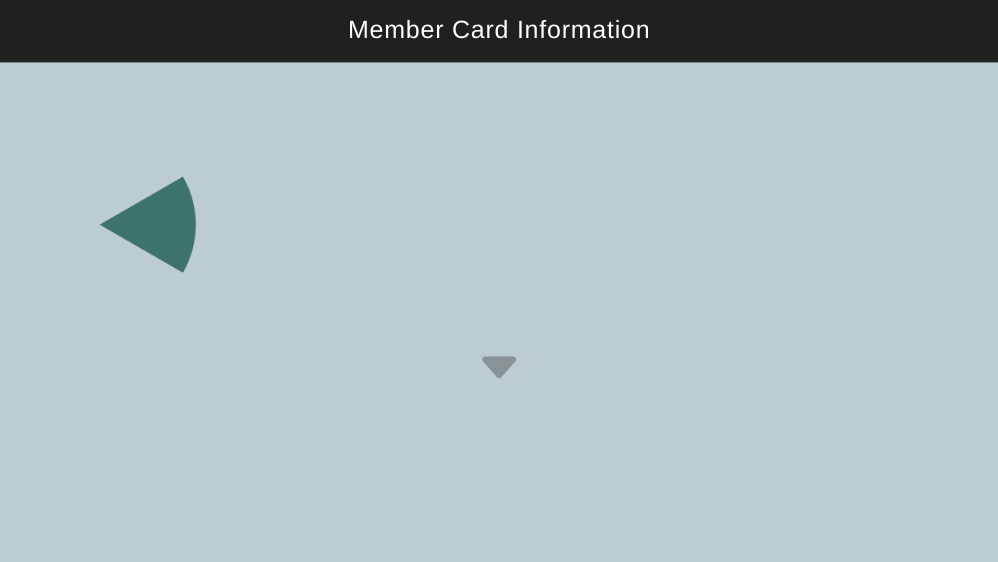
Repository: Leooook/lzhao-fed-test
Page: /
These files come from the project's save history. The page is drawn as it stood at one moment and after the next save; the edit follows.
The browser window is 1280 px wide. The pictures show the whole page, at 78% of full size.
The page's requests for data from a server got no answer. The project was rebuilt for these pictures with package versions that can differ from the ones it lists, and the page was loaded fresh each time. No one was signed in, and anything a server would have sent is missing. Also part of the build but not shown: src/components/detail.jsx.

Above is the page before, as saved 2021-03-15 21:51:36.

### src/index.html
<!DOCTYPE html>
<html lang="en">
	<head>
		<meta charset="utf-8" />
		<meta http-equiv="X-UA-Compatible" content="IE=edge,chrome=1" />
		<title>Member Card Info</title>
		<meta name="description" content="" />
		<meta name="viewport" content="width=device-width, initial-scale=1.0, maximum-scale=1.0, user-scalable=no" />
	</head>
	<body>
		<div id="root" class="react-root"></div>
	</body>
</html>

### src/App.js
import React, {useState} from 'react';
import {BsCaretDownFill} from 'react-icons/bs'

import './App.css'
import Header from './components/header.jsx'
import Feature from './components/feature.jsx'

export default function App() {
  const [featureAmount, setFeatureAmount] = useState([1])

  const setFeature = () => {
    setFeatureAmount(featureAmount => {return [...featureAmount, 1]})
  }

	return (
    <div className='app'>
      <Header />
      {
        featureAmount.map((key) => <Feature key = {key}/>)
      }
      <BsCaretDownFill className='add-feature' onClick={() => setFeature()}/>
    </div>
  )
}

### src/App.css
* {
	margin: 0;
	padding: 0;
	box-sizing: border-box;
}
:root {
	--nav-black: rgba(14, 14, 14, 0.897);
	--white: #ffffff;
	--light-blue: rgb(189, 204, 208);
	--grey: rgb(145, 145, 145);
	--light-grey: rgb(209, 209, 209);
}
/* app */
.app {
	max-width: 100vw;
	min-height: 100vh;
	background-color: var(--light-blue);
}
.add-feature {
	position: relative;
	color: rgba(65, 65, 65, 0.418);
	width: 60px;
	height: 60px;
	margin: 30px auto 0 auto;
	display: block;
	cursor: pointer;
	animation: upAndDown 3s ease-in-out infinite;
}
.add-feature:active {
	transform: scale(1.1);
	transition: all 1s ease;
}
@keyframes upAndDown {
	0% {
		bottom: 0;
	}
	50% {
		bottom: 10px;
	}
	100% {
		bottom: 0;
	}
}
/* end of app */
/* header */
.header {
	background-color: var(--nav-black);
	height: 80px;
	padding: 20px;
	margin-bottom: 80px;
	font-size: 2rem;
	font-family: 'Franklin Gothic Medium', 'Arial Narrow', Arial, sans-serif;
	text-align: center;
	color: var(--white);
	letter-spacing: 1px;
}
@media screen and (max-width: 500px) {
	.header {
		margin-bottom: 30px;
		padding: 30px;
		font-size: 1.4rem;
	}
}
/* end of header */
/* loader */
.load {
	width: 100%;
}
.loadPic {
	width: 20%;
	margin: 20 40%;
}
/* end of loader */
/* feature */
.feature {
	margin-top: -65px;
	padding: 60px 8%;
	display: grid;
	grid-template-columns: repeat(auto-fill, minmax(450px, 1fr));
	grid-row-gap: 50px;
	grid-column-gap: 80px;
}
@media screen and (max-width: 500px) {
	.feature {
		padding: 30px 20px;
		display: initial;
	}
}
/* end of feature */
/* detail */
.detail {
	margin: auto;
	padding: 10px 20px;
	width: 450px;
	height: 240px;
	background: hsla(0, 0%, 100%, .3);
	border-radius: 6px;
	box-shadow: 0 6px 20px 6px rgba(0, 0, 0, 0.207);
	display: flex;
	align-items: center;
	cursor: pointer;
	transition: all linear 0.2s;
}
.detail:hover {
	transform: scale(1.05);
	box-shadow: 0 10px 30px 10px rgba(0, 0, 0, 0.207);
}
.left-section {
	width: calc(40% - 20px);
	margin-right: 10%;
}
.right-section {
	width: clac(50% - 20px);
}
.detail-pic {
	margin: 0 auto;
	height: 140px;
	width: 140px;
	border-radius: 50%;
	box-shadow: 0 0 10px 8px var(--light-grey);
}
.detail-info {
	margin-bottom: 10px;
}
.detail-name {
	font-family: 'Playfair Display', serif;
	font-weight: bold;
	font-size: 1.3rem;
}
.detail-name2 {
	font-weight: 100;
	font-size: 0.9rem;
	color: rgb(82, 82, 82);
	font-style: oblique;
}
.detail-sex-date {
	display: flex;
}
.detail-date {
	margin-right: 13px;
}
.detail-font {
	font-family: 'Source Sans Pro', sans-serif;
	font-size: 0.8rem;
}
@media screen and (max-width: 500px) {
	.detail {
		margin-bottom: 30px;
		width: 90vw;
		height: 50vw;
	}
	.detail-pic {
		height: 100px;
		width: 100px;
	}
	.detail-info {
		margin-bottom: 6px;
	}
	.detail-name {
		font-size: 1rem;
	}
	.detail-name2 {
		font-size: 0.8rem;
	}
	.detail-date {
		margin-right: 8px;
	}
	.detail-font {
		font-size: 0.75rem;
	}
}
/* end of detail */

### src/components/header.jsx
import React, { Component } from 'react'

class Header extends Component {
	render() {
		return <section className="header">Member Card Information</section>
	}
}

export default Header

### src/components/feature.jsx
import React, { Component } from 'react'

import Loader from './loader.jsx'
import Detail from './detail.jsx'

class Feature extends Component {
	state = {
		dataSet: [],
		dataAmount: 6
	}

	fetchData = () => {
		fetch('https://randomuser.me/api/', {
			method: 'GET'
		})
			.then((response) => response.json())
			.then((data) => {
				let dataSet = this.state.dataSet
				dataSet.push(data.results[0])
				this.setState({ dataSet })
			})
			.catch((error) => {
				console.error('Error:', error)
			})
	}

	componentDidMount() {
		for (let i = 0; i < this.state.dataAmount; i++) {
			this.fetchData()
		}
	}

	render() {
		if (this.state.dataSet.length === 0 || this.state.dataSet.length % 6 !== 0) {
			return <Loader />
		} else {
			return (
				<section className="feature">
					{this.state.dataSet.map((each, key) => <Detail key={key} data={each} />)}
				</section>
			)
		}
	}
}

export default Feature

### src/components/loader.jsx
import React from 'react'

import loadPic from '../images/load.gif'

function Loader() {
	return (
		<section className="load">
			<img src={loadPic} className="loadPic" alt="load" />
		</section>
	)
}

export default Loader

Loaded but not shown: src/index.js (common file)

After the next save:
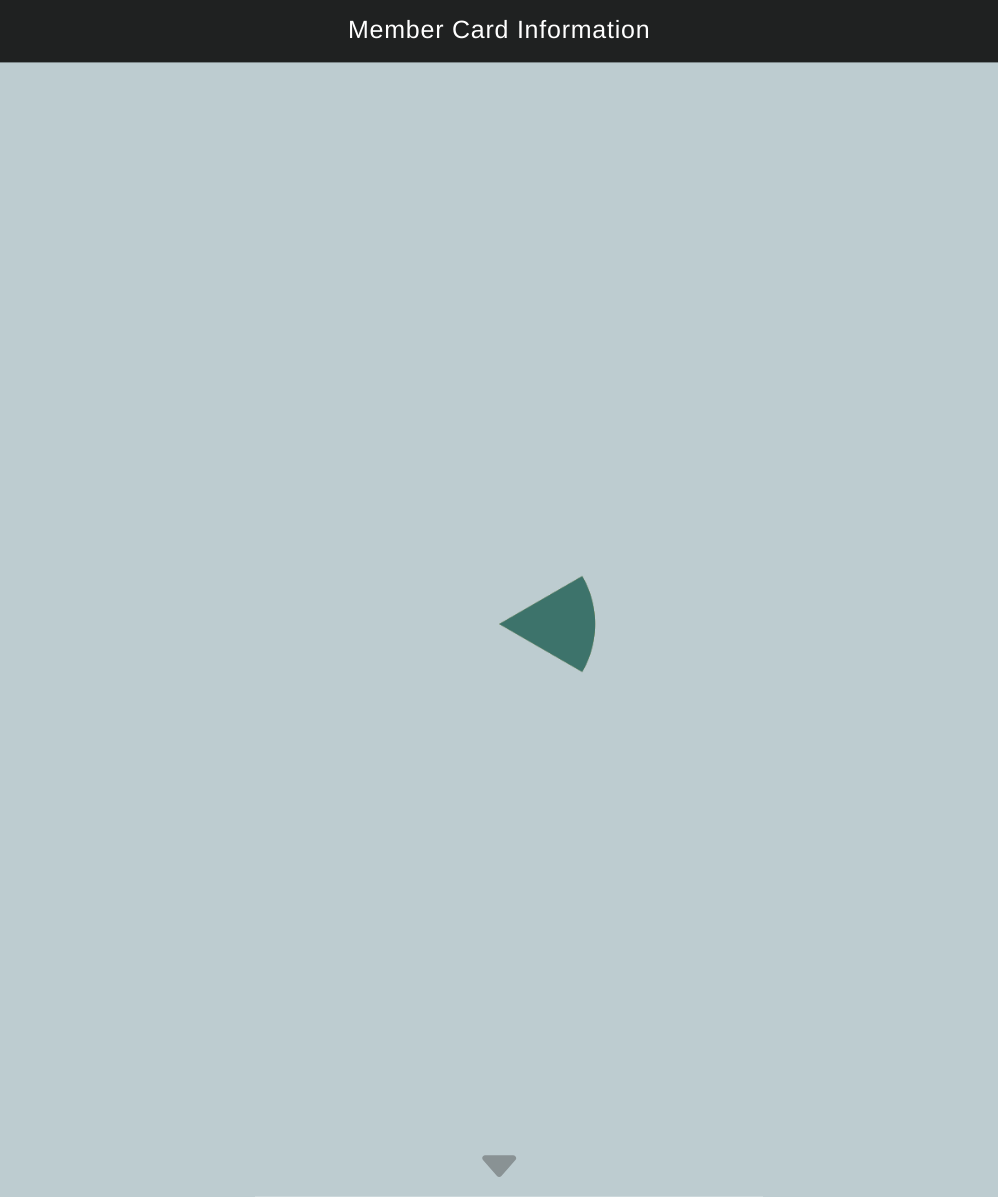
Saved 8 s later.
--- a/src/App.css
+++ b/src/App.css
@@ -67,8 +67,9 @@
 	width: 100%;
 }
 .loadPic {
+	height: 20%;
 	width: 20%;
-	margin: 20 40%;
+	margin: 40% 40%;
 }
 /* end of loader */
 /* feature */

After the save that followed:
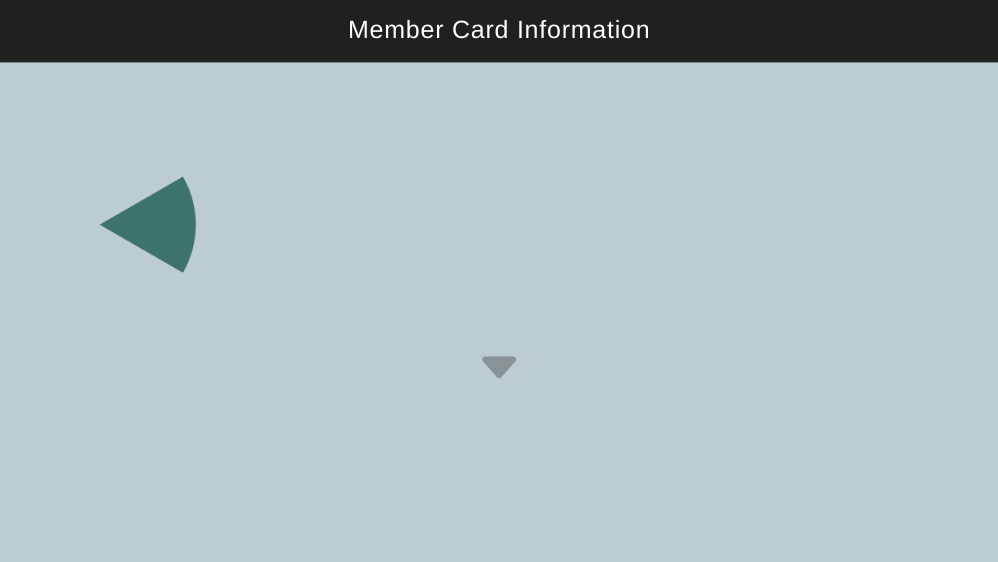
Saved 36 s later.
--- a/src/App.css
+++ b/src/App.css
@@ -69,7 +69,7 @@
 .loadPic {
 	height: 20%;
 	width: 20%;
-	margin: 40% 40%;
+	margin: auto;
 }
 /* end of loader */
 /* feature */
